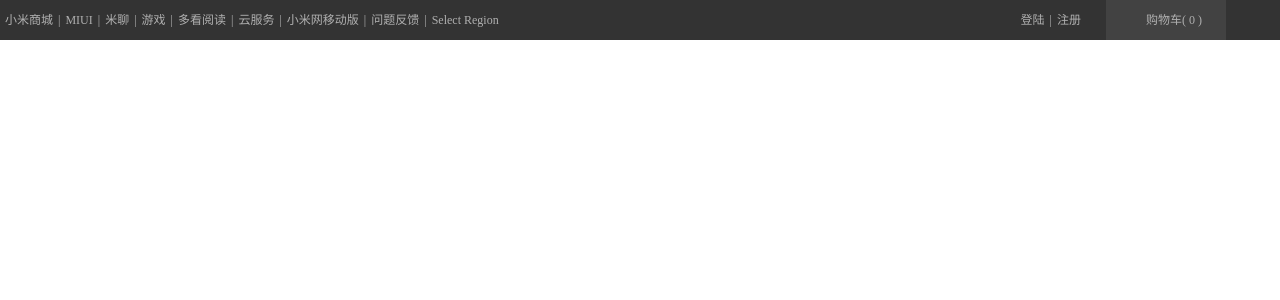
Repository: jijiajia19/mvue-by-jacle
Page: /
An editor plug-in stored every save of this project. The page is shown before and after the next save, followed by the edit.
The browser window is 1280 px wide. The pictures show the whole page.
The project was rebuilt for these pictures with package versions that can differ from the ones it lists, and the page was loaded fresh each time. Also part of the build but not shown: vue.config.js.

Above is the page before, as saved 2022-02-22 15:29:56.

After the next save:
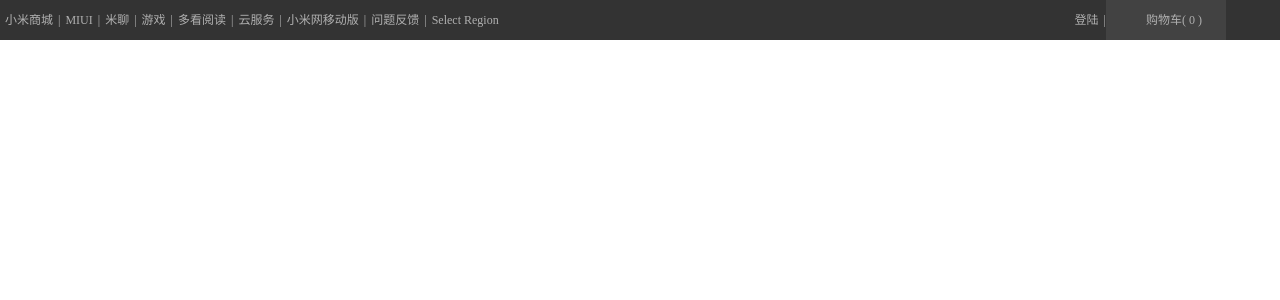
Saved 5 s later.
--- a/src/components/Header.vue
+++ b/src/components/Header.vue
@@ -102,7 +102,7 @@
 
 <style scoped lang="less">
 .h {
-    position: relative;
+    // position: relative;
     width: 1226px;
     // margin: 0 auto;
     font-size: 12px;

After the save that followed:
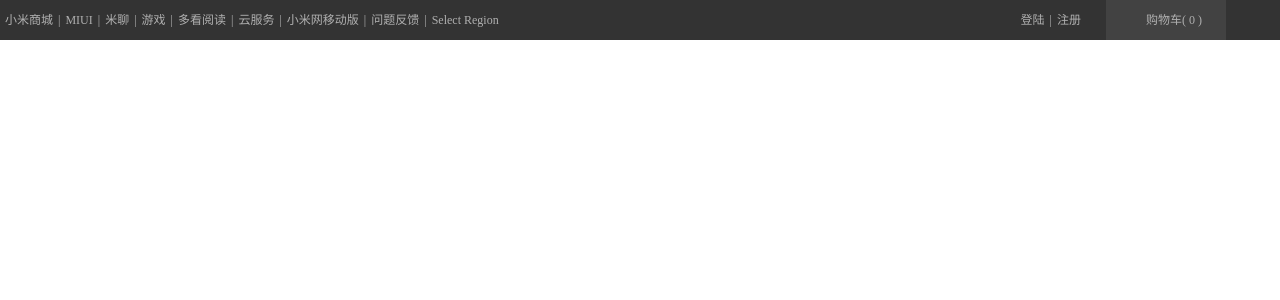
Saved 7 s later.
--- a/src/components/Header.vue
+++ b/src/components/Header.vue
@@ -102,7 +102,7 @@
 
 <style scoped lang="less">
 .h {
-    // position: relative;
+    position: relative;
     width: 1226px;
     // margin: 0 auto;
     font-size: 12px;
